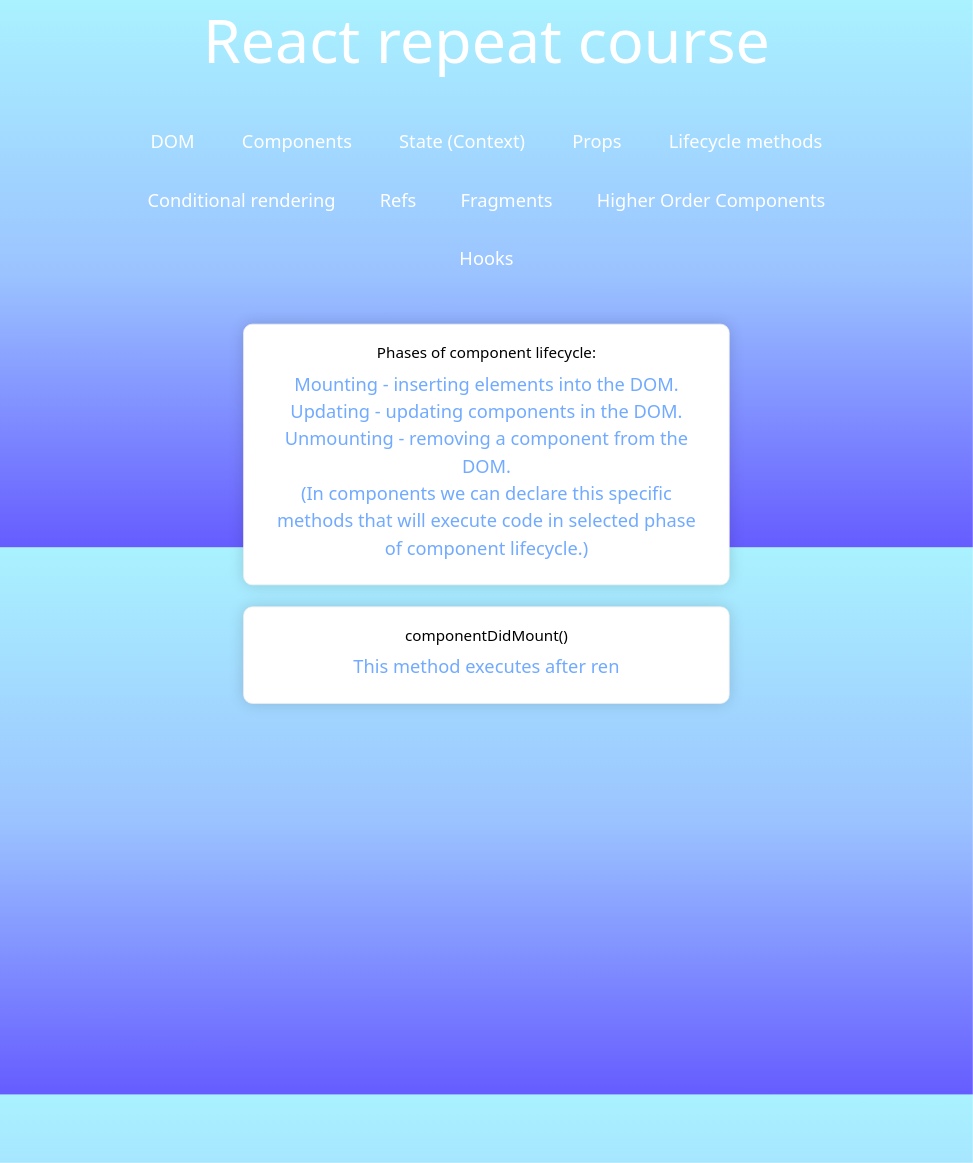
Repository: michalgornicki/github
Page: /#/Lifecycle
An editor plug-in stored every save of this project. The page is shown before and after a run of saves, followed by the edit.
The browser window is 1280 px wide. The pictures show the whole page, at 76% of full size.
Backgrounds fixed to the window are drawn as part of the page. The project was rebuilt for these pictures with package versions that can differ from the ones it lists, and the page was loaded fresh each time. Also part of the build but not shown: src/components/dom.jsx, src/components/components.jsx, src/components/state.jsx, src/components/props.jsx, src/components/conditional.jsx, src/components/refs.jsx, src/components/fragments.jsx, src/components/hoc.jsx and 1 more.

Above is the page before, as saved 2022-02-07 13:11:22.

### src/App.jsx
import React from "react";
import "./App.css";
import "bootstrap/dist/css/bootstrap.min.css";
import { Route, HashRouter as Router, Routes, Link } from "react-router-dom";
import DOM from "./components/dom.jsx";
import Components from "./components/components.jsx";
import State from "./components/state.jsx";
import Props from "./components/props.jsx";
import Lifecycle from "./components/lifecycle.jsx";
import Conditional from "./components/conditional.jsx";
import Refs from "./components/refs.jsx";
import Fragments from "./components/fragments.jsx";
import HOC from "./components/hoc.jsx";
import Hooks from "./components/hooks.jsx";

const App = () => {
  return (
    <Router>
      <div className="text-center">
        <div className="display-1 mt-1 mb-5 text-white">React repeat course</div>

        <div className="h4 d-flex w-75 m-auto my-5 justify-content-evenly flex-wrap text-white">
          <Link className="link-style m-3" to="/">
            DOM
          </Link>
          <Link className="link-style m-3" to="/Components">
            Components
          </Link>
          <Link className="link-style m-3" to="/State">
            State (Context)
          </Link>
          <Link className="link-style m-3" to="/Props">
            Props
          </Link>
          <Link className="link-style m-3" to="/Lifecycle">
            Lifecycle methods
          </Link>
          <Link className="link-style m-3" to="/Conditional">
            Conditional rendering
          </Link>
          <Link className="link-style m-3" to="/Refs">
            Refs
          </Link>
          <Link className="link-style m-3" to="/Fragments">
            Fragments
          </Link>
          <Link className="link-style m-3" to="/HOC">
            Higher Order Components
          </Link>
          <Link className="link-style m-3" to="/Hooks">
            Hooks
          </Link>
        </div>

        <Routes>
          <Route path="/" element={<DOM />} />
          <Route path="/Components" element={<Components />} />
          <Route path="/State" element={<State />} />
          <Route path="/Props" element={<Props />} />
          <Route path="/Lifecycle" element={<Lifecycle />} />
          <Route path="/Conditional" element={<Conditional />} />
          <Route path="/Refs" element={<Refs />} />
          <Route path="/Fragments" element={<Fragments />} />
          <Route path="/HOC" element={<HOC />} />
          <Route path="/Hooks" element={<Hooks />} />
        </Routes>
      </div>
    </Router>
  );
};

export default App;

### src/App.css
@import url('https://fonts.googleapis.com/css2?family=Catamaran:wght@400&display=swap');

body{
    font-family: 'Catamaran', sans-serif;
    overflow-x: hidden;
    padding-bottom: 80vh;
    height: auto;
    background: linear-gradient(rgb(170, 242, 255), rgb(155, 195, 255), rgb(102, 92, 255));
    background-attachment: fixed;
}

.js-item{
    color:rgb(0, 0, 0);
    font-size: 1.25rem;
    background-color: white;
    transition: 0.2s;
    padding: 3vh;
    margin-bottom: 4vh!important;
    border: 1px solid rgb(240, 240, 240);
    width: 50%;
    margin-left: auto;
    margin-right: auto;
    box-shadow: 0px 0px 20px rgba(0, 0, 0, 0.15);
    border-radius: 0.75rem;
}

.js-item:hover{
    cursor: pointer;
    background-color: rgb(240, 240, 240);
}

.text-color{
    margin: auto;
    padding: 0.5rem;
    width: fit-content;
    color:rgb(113, 170, 255)!important;
    font-size: 1.5rem;
    border-radius: 1rem;
}

.link-style{
    color: inherit;
    text-decoration: inherit;
    padding: 0.5rem;
    border-radius: 0.5rem;
}

.link-style:hover{
    color: rgb(113, 170, 255);
    text-decoration: inherit;
}

@media only screen and (max-device-width: 600px), (max-width: 600px) {

    .js-item{
        width: 95%;
    }

}

### src/components/lifecycle.jsx
const Lifecycle = () => {
  return (
    <div className="">
      <div className="js-item">
        {" "}
        <div className="">Phases of component lifecycle: </div>
        <div className="text-color">
          {`Mounting - inserting elements into the DOM.`} <br />
          {`Updating - updating components in the DOM.`} <br />
          {`Unmounting - removing a component from the DOM.`}{" "} <br />
          (In components we can declare this specific methods that will execute code in selected phase of component lifecycle.)
        </div>{" "}
      </div>
      <div className="js-item">
        {" "}
        <div className="">componentDidMount() </div>
        <div className="text-color">
          {`This method executes after ren`} <br />
        </div>{" "}
      </div>
    </div>
  );
};

export default Lifecycle;

Loaded but not shown: public/index.html (common file); src/index.js (common file); src/index.css (common file); src/reportWebVitals.js (common file)

After the next 2 saves:
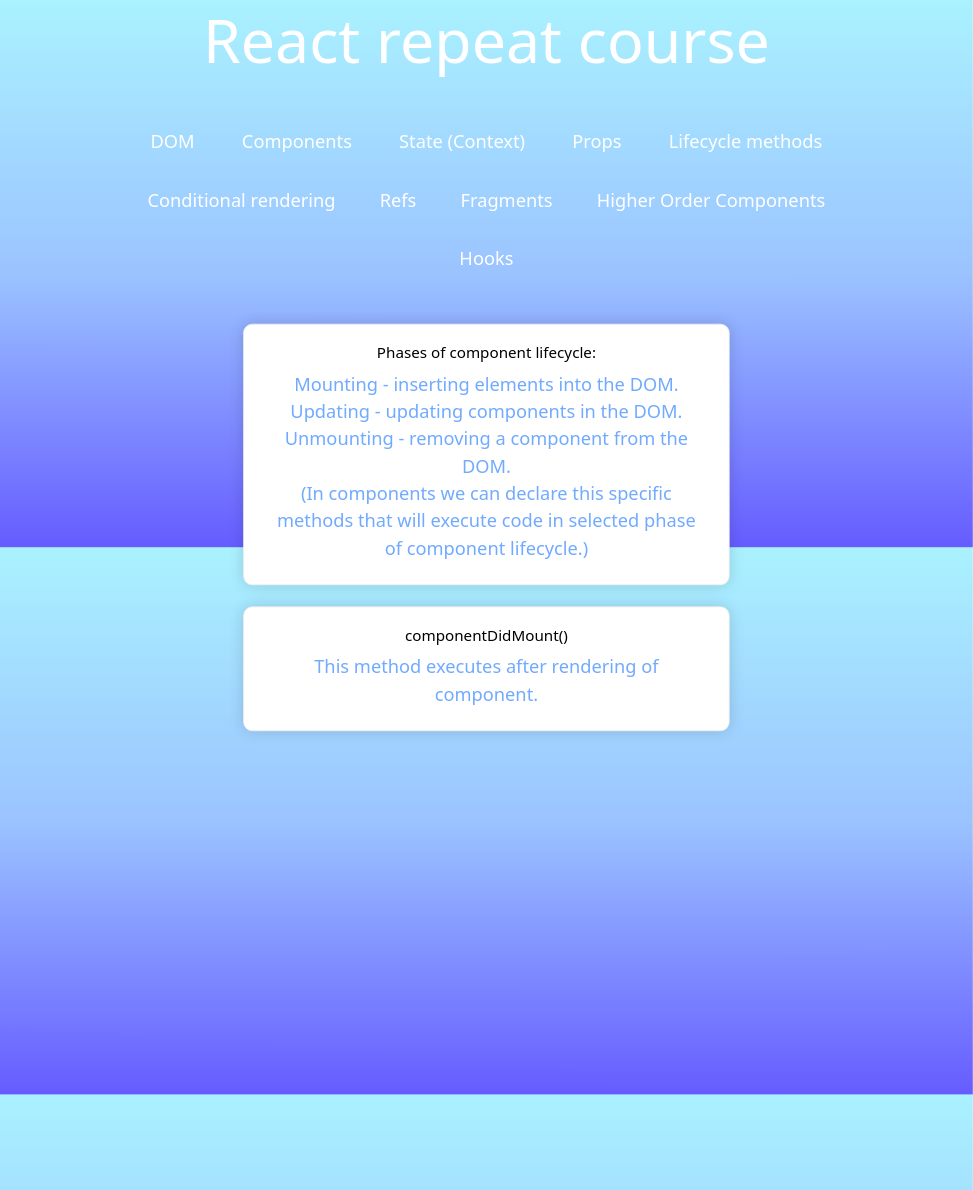
The 2 saves are shown as one change because they came seconds apart.
The last was saved 5 s later.
--- a/src/components/lifecycle.jsx
+++ b/src/components/lifecycle.jsx
@@ -15,7 +15,7 @@
         {" "}
         <div className="">componentDidMount() </div>
         <div className="text-color">
-          {`This method executes after ren`} <br />
+          {`This method executes after rendering of component.`} <br />
         </div>{" "}
       </div>
     </div>
